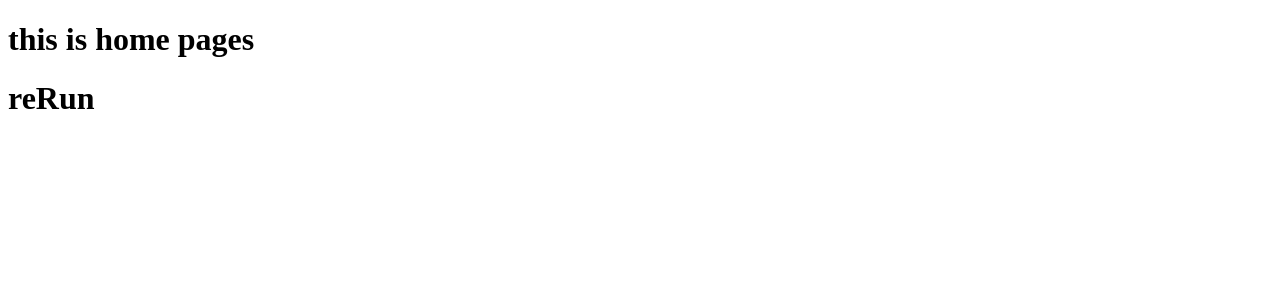
Repository: Dineshmarasini/springBoot-self-Exploration
Page: http://localhost/demo/views/home.jsp
An editor plug-in stored every save of this project. The page is shown before and after the next save, followed by the edit.
The browser window is 1280 px wide. The pictures show the whole page.
The page is served by Tomcat 9.

Above is the page before, as saved 2023-09-15 12:20:50.

After the next save:
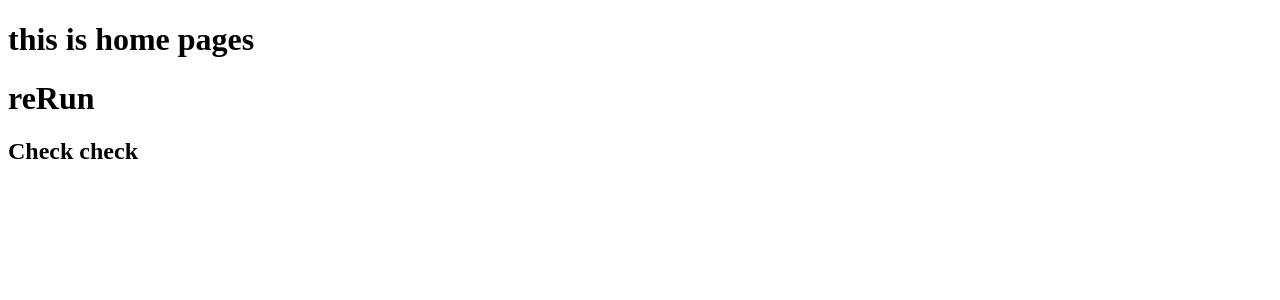
Saved 88 s later.
--- a/demo/src/main/webapp/views/home.jsp
+++ b/demo/src/main/webapp/views/home.jsp
@@ -9,6 +9,7 @@
 <body>
 <h1>this is home pages </h1>
 <h1>reRun</h1>
+<h2>Check check</h2>
 
 </body>
 </html>
